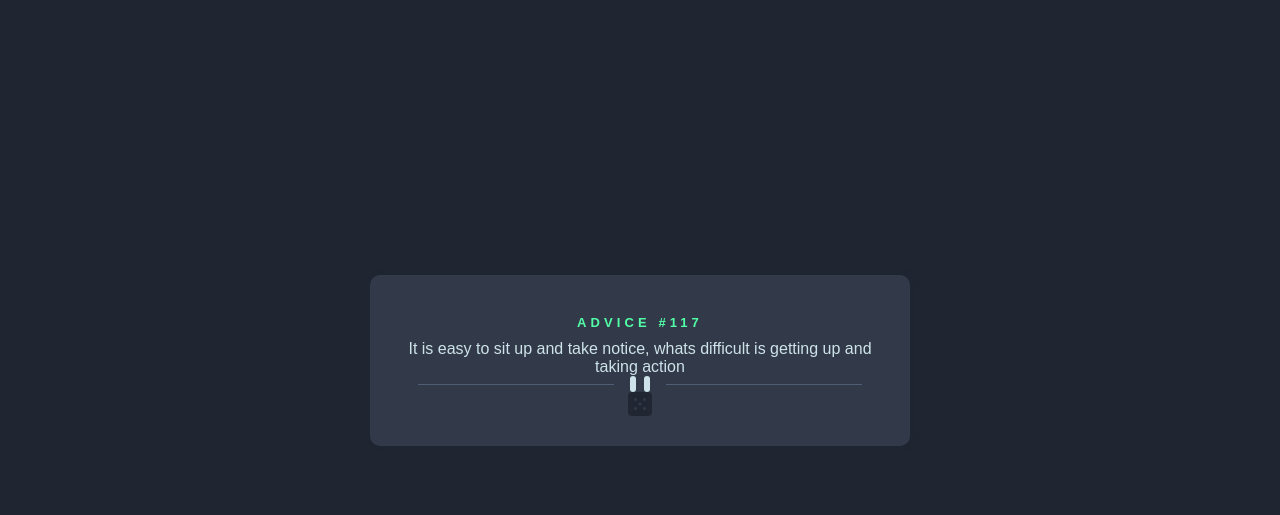
Repository: Arkitecth/advice-generator
Page: index.html
These files come from the project's save history. The page is drawn as it stood at one moment and after the next save; the edit follows.
The browser window is 1280 px wide. The pictures show the whole page.

Above is the page before, as saved 2023-07-12 17:43:57.

After the next save:
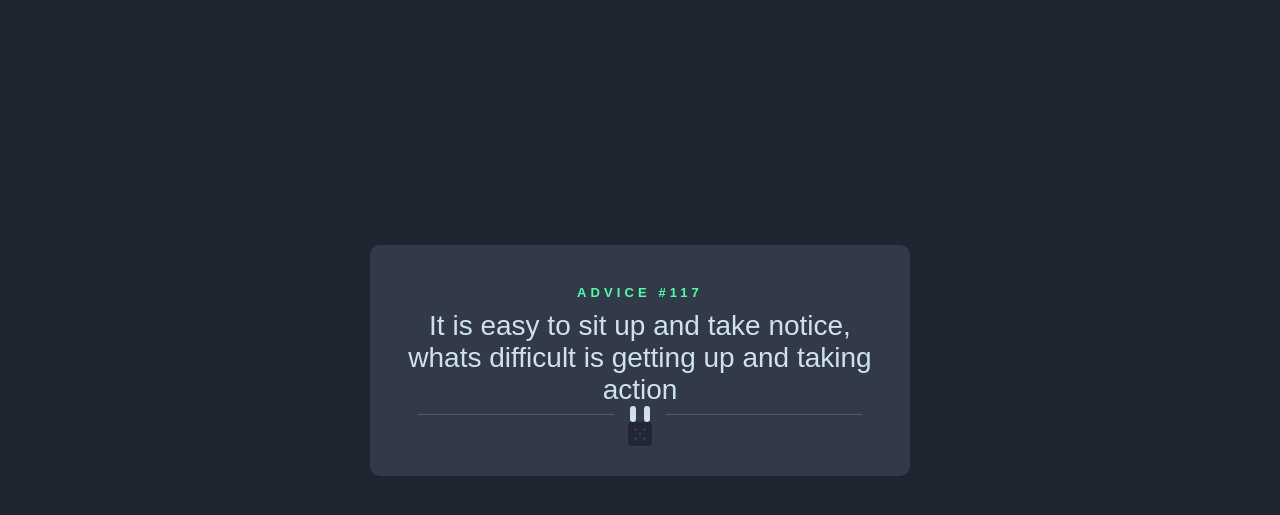
Saved 5 s later.
--- a/style.css
+++ b/style.css
@@ -47,4 +47,5 @@
 .advice-text {
     color: var(--light-cyan);
     text-align: center;
+    font-size: 28px;
 }
